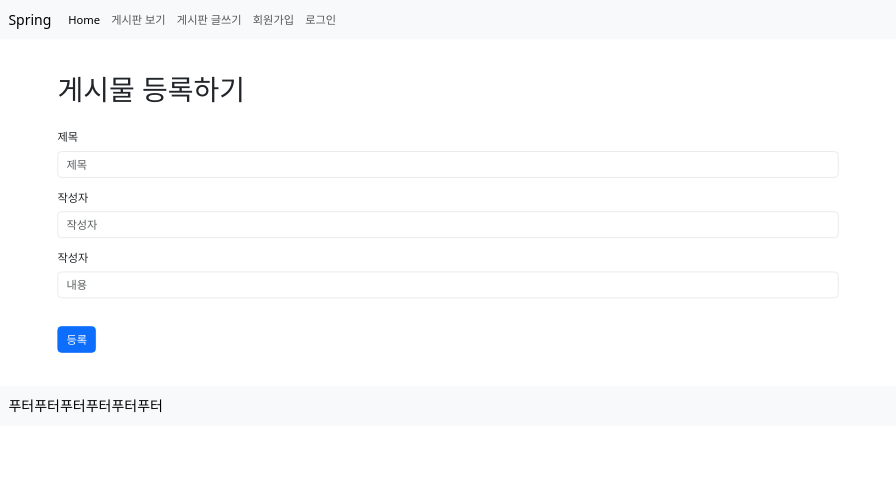
Repository: Jensuchan/spring_solo_project
Page: http://localhost/spring_test/WEB-INF/views/board/register.jsp
The author's editor kept a copy of each file at every save. The page is drawn from the files as they stood at one save, then again after the next save.
The browser window is 1280 px wide. The pictures show the part of the page from y = 0 to 1920 px (the page is 720 px tall before and 2996 px after), at 70% of full size.
The page is served by Tomcat 9. Nobody is signed in. The template is opened directly, without the code that normally fills it, so the values that code supplies are empty.

Above is the page before, as saved 2024-01-16 05:56:08.

After the next save:
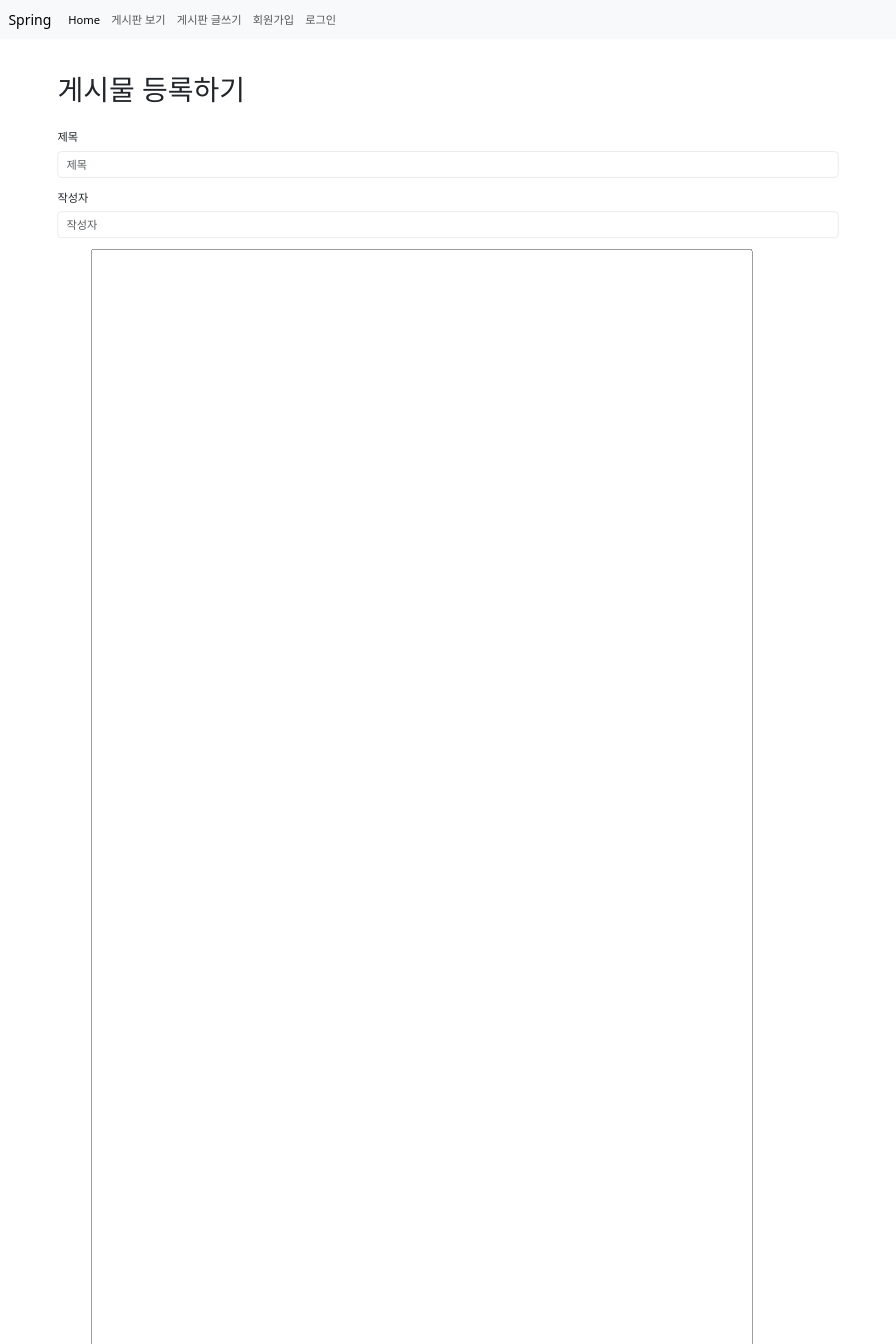
Saved 56 s later.
--- a/spring_test/src/main/webapp/WEB-INF/views/board/register.jsp
+++ b/spring_test/src/main/webapp/WEB-INF/views/board/register.jsp
@@ -18,6 +18,7 @@
 		</div>
 		<div class="mb-3">
 			<label for="context" class="form-label">작성자</label>
+			<textarea rows="100" cols="100"></textarea>
 			<input type="email" name="title" class="form-control" id="context" placeholder="내용">
 		</div>
 		<br>

After the save that followed:
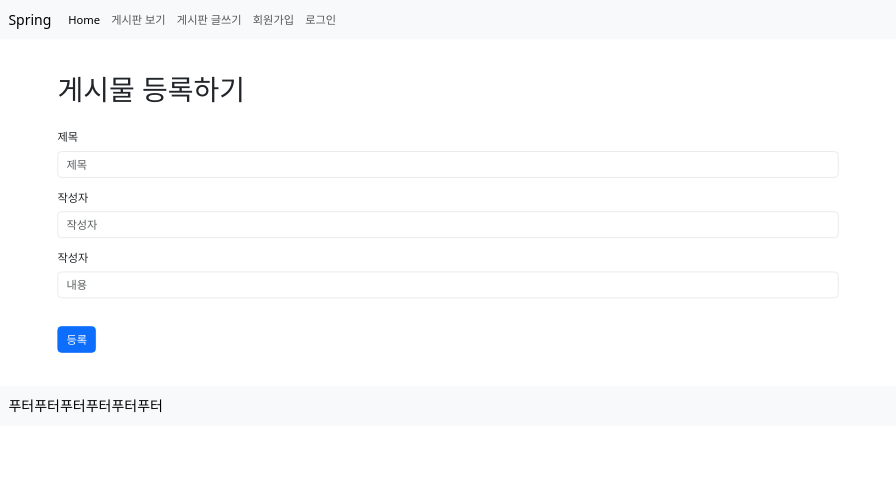
Saved 26 s later.
--- a/spring_test/src/main/webapp/WEB-INF/views/board/register.jsp
+++ b/spring_test/src/main/webapp/WEB-INF/views/board/register.jsp
@@ -18,7 +18,6 @@
 		</div>
 		<div class="mb-3">
 			<label for="context" class="form-label">작성자</label>
-			<textarea rows="100" cols="100"></textarea>
 			<input type="email" name="title" class="form-control" id="context" placeholder="내용">
 		</div>
 		<br>
